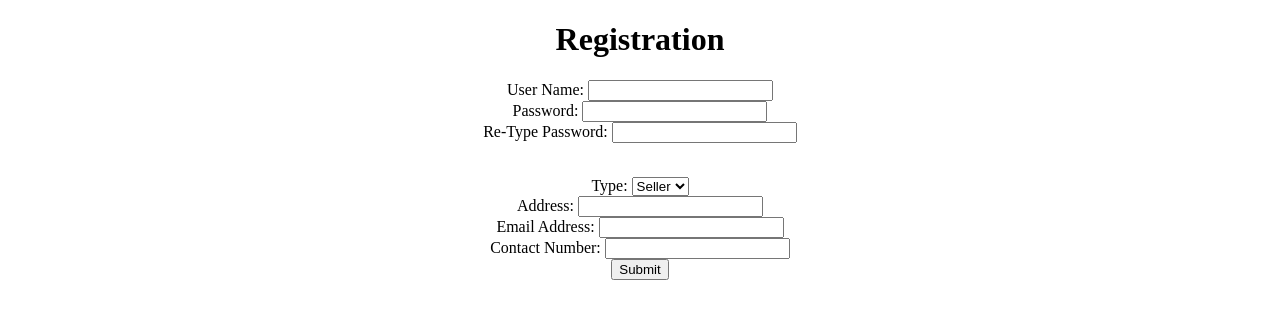
Repository: HariharanMiracle/CodeComplexity
Page: http://localhost/Paf_assignment/Register.jsp
The author's editor kept a copy of each file at every save. The page is drawn from the files as they stood at one save, then again after the next save.
The browser window is 1280 px wide. The pictures show the whole page.
The page is served by Tomcat 9.

Above is the page before, as saved 2019-04-29 19:34:38.

After the next save:
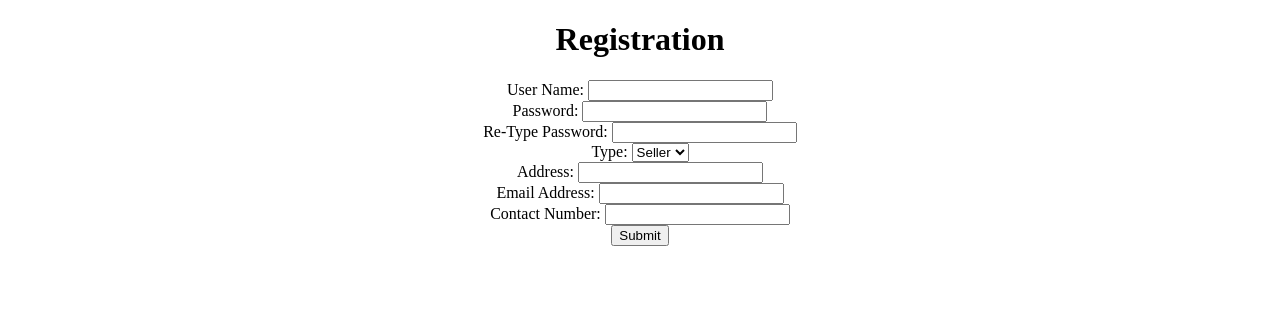
Saved 65 s later.
--- a/Paf_assignment/WebContent/Register.jsp
+++ b/Paf_assignment/WebContent/Register.jsp
@@ -14,7 +14,7 @@
 					<h1>Registration</h1>
 					<label>User Name:</label> <input type="text" name="username" id = "username" required/><br/>
 					<label>Password:</label> <input type="password" name="password" id = "pw" required/><br/>
-					<label>Re-Type Password:</label> <input type="password" name="rpassword" id = "cpw" required/><p id="password" style="color:red"></p><br/>
+					<label>Re-Type Password:</label> <input type="password" name="rpassword" id = "cpw" required/><br/>
 					<label>Type:</label>
 					<select name = "type">
 					  <option value="Seller">Seller</option>
